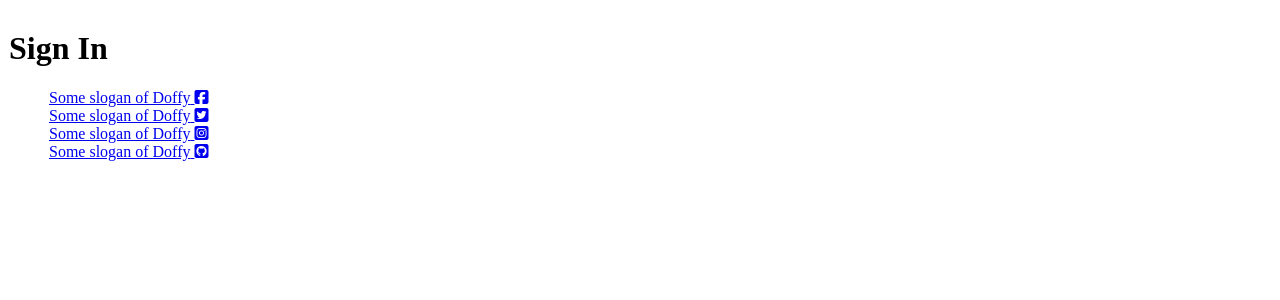
Repository: 16-Doffy/FE-UI
Page: SignUp_UI/index.html
An editor plug-in stored every save of this project. The page is shown before and after the next save, followed by the edit.
The browser window is 1280 px wide. The pictures show the whole page.

Above is the page before, as saved 2024-12-23 18:30:52.

### SignUp_UI/index.html
<!DOCTYPE html>
<html lang="en">
<head>
    <meta charset="UTF-8">
    <meta name="viewport" content="width=device-width, initial-scale=1.0">
    <link rel="stylesheet" href="styles.css">
    <link href="https://cdnjs.cloudflare.com/ajax/libs/font-awesome/6.5.1/css/all.min.css" rel="stylesheet">
    <title>Sign-In</title>
</head>
<body>
    <div class="share">
        <div class="top">
            <h1>Sign In</h1>
        </div>
        <div class="content">
            <ul>
                <li>
                    <a href="#">
                    <span>Some slogan of Doffy</span>
                    <i class="fab fa-facebook-square"></i>
                    </a>
                </li>
                <li>
                    <a href="#">
                    <span>Some slogan of Doffy</span>
                    <i class="fab fa-twitter-square"></i>
                    </a>
                </li>
                <li >
                    <a href="#">
                    <span>Some slogan of Doffy</span>
                    <i class="fab fa-instagram-square" ></i>
                    </a>
                </li>
                <li>
                    <a href="#">
                    <span>Some slogan of Doffy</span>
                    <i class="fab fa-github-square"></i>
                    </a>
                </li>
            </ul>
        </div>
        <div class="bottom">
            <a href="#"></a>
        </div>
    </div>
</body>
</html>

### SignUp_UI/styles.css
.content li{
    list-style: none;
}
.share{
    width: 200px;
    border: 1px solid transparent;
    list-style: none;
}

After the next save:
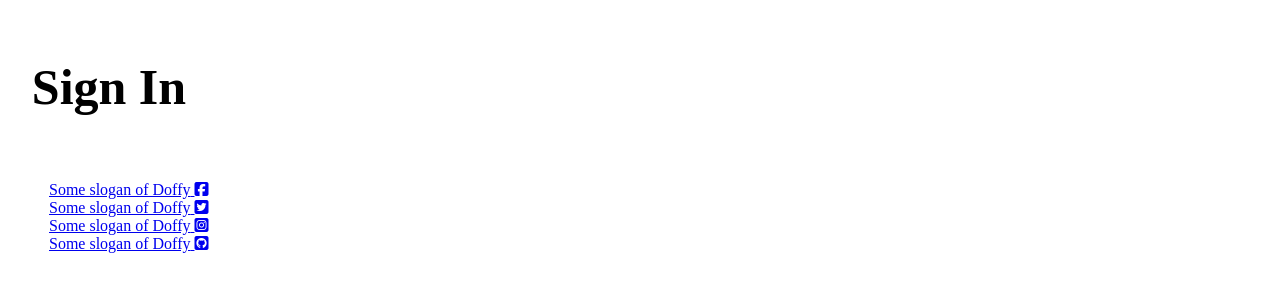
Saved 37 s later.
--- a/SignUp_UI/styles.css
+++ b/SignUp_UI/styles.css
@@ -6,3 +6,9 @@
     border: 1px solid transparent;
     list-style: none;
 }
+.top{
+    border-bottom: 1px solid transparent;
+    padding: 15px;
+    text-align: center;
+    font-size: 25px;
+}
